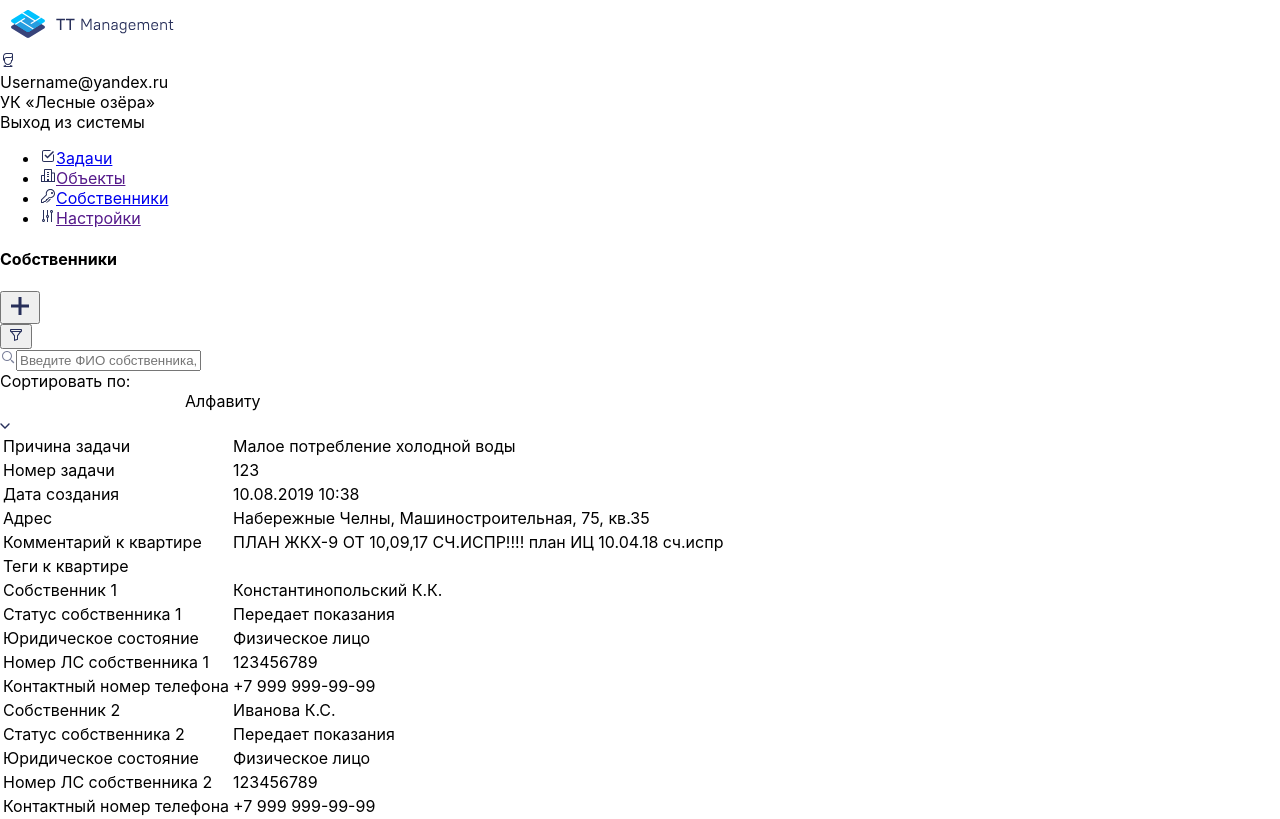
Repository: TryBr/tt-management
Page: /owners
The author's editor kept a copy of each file at every save. The page is drawn from the files as they stood at one save, then again after the next save.
The browser window is 1280 px wide. The pictures show the whole page.
The project was rebuilt for these pictures with package versions that can differ from the ones it lists, and the page was loaded fresh each time. Also part of the build but not shown: src/App.css, src/TaskDetail.js.

Above is the page before, as saved 2020-07-20 01:59:00.

After the next save:
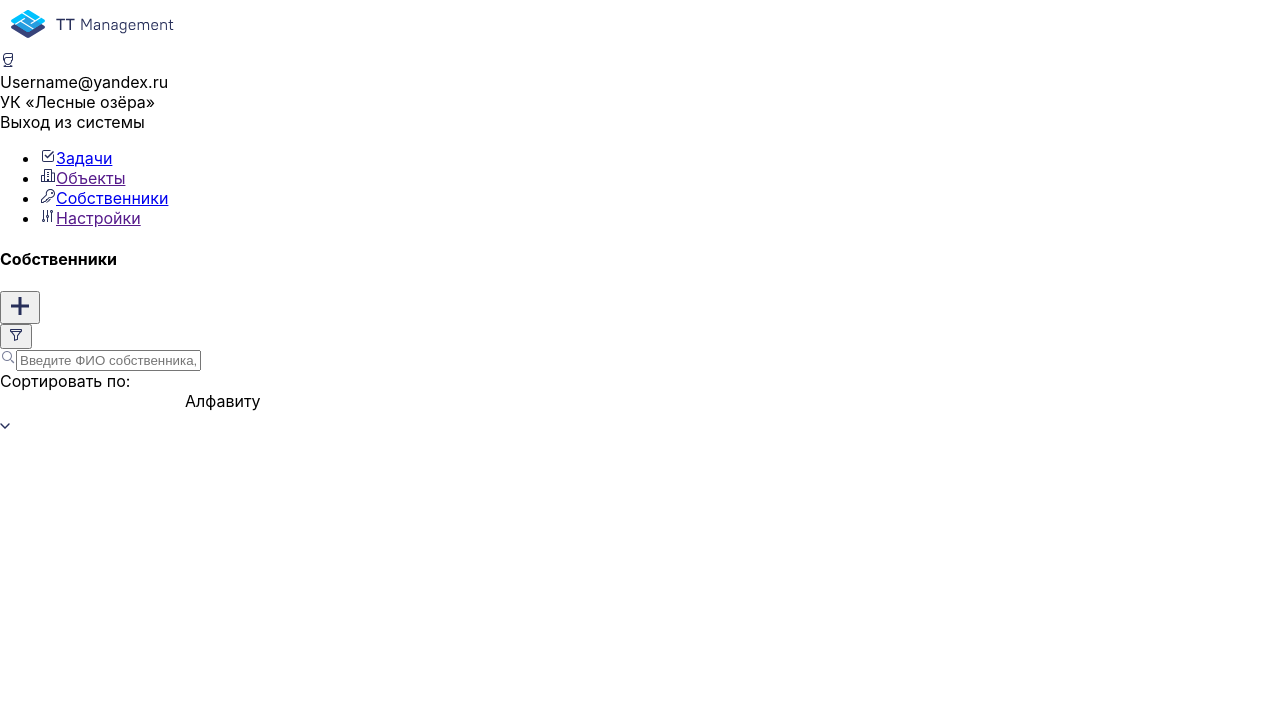
Saved 2 min 11 s later.
--- a/src/Owners.js
+++ b/src/Owners.js
@@ -48,80 +48,24 @@ const dataSource = [
         name: 'Причина задачи',
         info: 'Малое потребление холодной воды'
         },
-        {
-        name: 'Номер задачи',
-        info: 123
-        },
-        {
-        name: 'Дата создания',
-        info: '10.08.2019   10:38'
-        },
-        {
-        name: 'Адрес',
-        info: 'Набережные Челны, Машиностроительная, 75, кв.35'
-        },
-        {
-        name: 'Комментарий к квартире',
-        info: 'ПЛАН ЖКХ-9 ОТ 10,09,17 СЧ.ИСПР!!!! план ИЦ 10.04.18 сч.испр'
-        },
-        {
-        name: 'Теги к квартире',
-        tags: ['Дедка', 'Слушает громко музыку', '10 недопусков'],
-        },
-        {
-        name: 'Собственник 1',
-        info: 'Константинопольский К.К.'
-        },
-        {
-        name: 'Статус собственника 1',
-        info: 'Передает показания'
-        },
-        {
-        name: 'Юридическое состояние',
-        info: 'Физическое лицо'
-        },
-        {
-        name: 'Номер ЛС собственника 1',
-        info: '123456789'
-        },
-        {
-        name: 'Контактный номер телефона',
-        info: '+7 999 999-99-99'
-        },
-        {
-        name: 'Собственник 2',
-        info: 'Иванова К.С.'
-        },
-        {
-        name: 'Статус собственника 2',
-        info: 'Передает показания'
-        },
-        {
-        name: 'Юридическое состояние',
-        info: 'Физическое лицо'
-        },
-        {
-        name: 'Номер ЛС собственника 2',
-        info: '123456789'
-        },
-        {
-        name: 'Контактный номер телефона',
-        info: '+7 999 999-99-99'
-        },
-
-
     ];
 
     const columns = [
         {
-        title: 'Name',
-        dataIndex: 'name',
-        key: 'name',
+        title: 'fio',
+        dataIndex: 'fio',
         },
         {
-        title: 'Info',
-        dataIndex: 'info',
-        key: 'info',
+        title: 'address',
+        dataIndex: 'address',
+        },
+        {
+        title: 'post',
+        dataIndex: 'post',
+        },
+        {
+        title: 'btn',
+        dataIndex: 'btn',
         },
     ];
 
